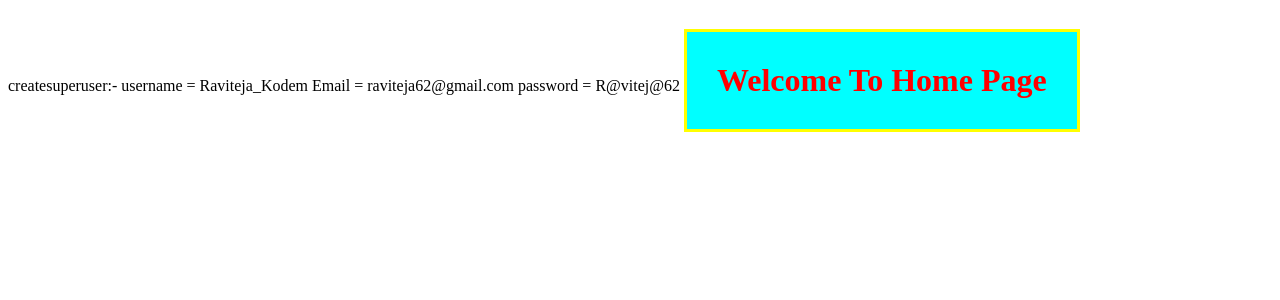
Repository: Raviteja6671/Django
Page: http://localhost/home/
An editor plug-in stored every save of this project. The page is shown before and after a run of saves, followed by the edit.
The browser window is 1280 px wide. The pictures show the whole page.
The page is served by the project's application, run on Django 5.2 (myProject/manage.py). Other server files are loaded and not shown.

Above is the page before, as saved 2025-12-07 19:52:45.

### myProject/basic/templates/home.html
<!DOCTYPE html>
<html lang="en">
<head>
    <meta charset="UTF-8">
    <meta name="viewport" content="width=device-width, initial-scale=1.0">
    <title>Document</title>
    <style>
        h1{
            background-color: aqua;
            color: red;
            border: 3px solid yellow;
            display: inline-block;
            padding: 30px;
        }
    </style>
    createsuperuser:-
    username = Raviteja_Kodem
    Email = raviteja62@gmail.com
    password = R@vitej@62
</head>
<body>
    <h1>Welcome To Home Page</h1>
</body>
</html>

### myProject/basic/middleware.py
from django.http import JsonResponse
import re
import json
import jwt
from django.conf import settings

class BasicMiddleware:
    def __init__(self,get_response):
        self.get_response = get_response

    def __call__(self,request):
        print(request,"hello")
        if(request.path=="/student/"):
            print(request.method,"method")
            print(request.path)
        response=self.get_response(request)
        return response

# class signupMiddleware:
#     def __init__(self,get_response):
#         self.get_response = get_response
#     def __call__(self, request):
#         data = json.loads(request.body)
#         username=data.get('username')
#         email=data.get("email")
#         dob=data.get("dob")
#         password=data.get("pswd")


class basicMiddleware:
    def __init__(self, get_response):
        self.get_response = get_response
        # Define the list of specific URLs to monitor
        self.target_urls = [
            "/add_stu/",
            "/students/",
            "/student/",
            "/health/",
        ]

    def __call__(self, request):
        path = request.path
        print(f"Incoming request → {path}")

        if path in self.target_urls or path.startswith("/student/"):
            print("Middleware is Active for this URL")
            print(f"Method Used → {request.method}")
            print(f"Full Path → {path}")

            # Exp1 Block POST requests for testing
            if path == "/add_stu/" and request.method == "POST":
                print("⚠️ POST request detected on /add_stu/")

            # Exp2 Print user-agent header
            user_agent = request.META.get("HTTP_USER_AGENT", "Unknown")
            print(f"User-Agent: {user_agent}")

        response = self.get_response(request)

        #Exp3 Post-response actions
        if path.startswith("/students/"):
            print("Response successfully returned for student_related URL")

        return response


# 17/11/2025 class task

class SscMiddleware:
    def __init__(self, get_response):
        self.get_response = get_response
    def __call__(self, request):
        if request.path in ["/job1/", "/job2/"]:
            ssc_result = request.GET.get("ssc", "False")
            if ssc_result != "True":
                return JsonResponse({"error": "you should qualify atleast SSC for applying this job"},status=400)
        return self.get_response(request)


class MedicalMiddleware:
    def __init__(self, get_response):
        self.get_response = get_response
    def __call__(self, request):
        if request.path == "/job1/":
            medical_fit_result = request.GET.get("medically_fit", "False")
            if medical_fit_result != "True":
                return JsonResponse(
                    {"error": "your not Medically fit to apply for this job role"},
                    status=400)
        return self.get_response(request)


class AgeMiddleware:
    def __init__(self, get_response):
        self.get_response = get_response
    def __call__(self, request):
        if request.path in ["/job1/", "/job2/"]:
            age = int(request.GET.get("age", 17))
            if age < 18 or age > 25:
                return JsonResponse(
                    {"error": "age must be in between 18 too 25"},
                    status=400)
        return self.get_response(request)





#18/11/2025 class task


class UsernameMiddleware:
    def __init__(self, get_response):
        self.get_response = get_response

    def __call__(self, request):
        if request.path == "/signup/" and request.method == "POST":
            # Read JSON only once
            if not hasattr(request, "json_data"):
                try:
                    request.json_data = json.loads(request.body)
                except:
                    return JsonResponse({"error": "Invalid JSON"}, status=400)
            data = request.json_data
            username = data.get("username", "")
            if not username:
                return JsonResponse({"error": "Username is Required"}, status=400)
            if len(username) < 3 or len(username) > 20:
                return JsonResponse({"error": "Username must be 3 to 20 characters"}, status=400)
            if username[0] in "._" or username[-1] in "._":
                return JsonResponse({"error": "Username cannot start or end with . or _"}, status=400)
            if not re.match(r"^[a-zA-Z0-9._]+$", username):
                return JsonResponse({"error": "Username can contain letters, numbers, . and _ only"}, status=400)
            if ".." in username or "__" in username:
                return JsonResponse({"error": "Username cannot have double dots or double underscores"}, status=400)
        return self.get_response(request)


class EmailMiddleware:
    def __init__(self, get_response):
        self.get_response = get_response

    def __call__(self, request):
        if request.path == "/signup/" and request.method == "POST":
            if not hasattr(request, "json_data"):
                try:
                    request.json_data = json.loads(request.body)
                except:
                    return JsonResponse({"error": "Invalid JSON"}, status=400)
            data = request.json_data
            email = data.get("email", "")
            email_regex = r"^[a-zA-Z0-9._%+-]+@[a-zA-Z0-9.-]+\.[a-zA-Z]{2,}$"
            if not email:
                return JsonResponse({"error": "Email is required"}, status=400)
            if not re.match(email_regex, email):
                return JsonResponse({"error": "Invalid Email format"}, status=400)
        return self.get_response(request)


class PasswordMiddleware:
    def __init__(self, get_response):
        self.get_response = get_response

    def __call__(self, request):
        if request.path == "/signup/" and request.method == "POST":
            if not hasattr(request, "json_data"):
                try:
                    request.json_data = json.loads(request.body)
                except:
                    return JsonResponse({"error": "Invalid JSON"}, status=400)
            data = request.json_data
            password = data.get("password", "")
            password_regex = r"^(?=.*[a-z])(?=.*[A-Z])(?=.*\d)(?=.*[@$!%*#?&._])[A-Za-z\d@$!%*#?&._]{8,}$"
            if not password:
                return JsonResponse({"error": "Password is required"}, status=400)
            if not re.match(password_regex, password):
                return JsonResponse({
                    "error": "Password must contain 8+ characters, uppercase, lowercase, digit, special char"
                }, status=400)
        return self.get_response(request)


class authenticate_middleware():
    def __init__(self,get_response):
        self.get_response  = get_response
    def __call__(self, request):
        if request.path=="/getallusers/":
            token=request.headers.get("Authorization")
            print(token,"token") # prints the bearer <token>
            if not token:
                return JsonResponse({"error":"Authorization token Missing"},status=400)
            token_value=token.split(" ")[1]
            print(token_value,"token_value") # prints ['bearer','<token>']
            try:
                decode_data = jwt.decode(token_value, settings.SECRET_KEY, algorithms=["HS256"])
                print(decode_data,"decoded_data")
                request.token_data = decode_data
            except jwt.ExpiredSignatureError:
                return JsonResponse({"Error":"Token has expired, Please login again"},status=401)
            except jwt.exceptions.InvalidSignatureError:
                return JsonResponse({"error":"invalid token signature"},status=401)

        return self.get_response(request)

### myProject/basic/views.py
from django.shortcuts import render
import json
from django.http import HttpResponse
from django.http import JsonResponse
from django.db import connection
from django.views.decorators.csrf import csrf_exempt
from basic.models import student
from basic.models import Users
from django.conf import settings
import jwt
from datetime import datetime,timedelta
from zoneinfo import ZoneInfo
from django.contrib.auth.hashers import make_password,check_password

# Create your views here.

def sample(request):
    return HttpResponse('hello world')

def sample1(request):
    return HttpResponse('WelCome to Django')

def sampleInfo(request):
    data={"name":"raviteja","age":"22","city":"hyd"}
    # data=[4,6,8]
    return JsonResponse(data)

def dynamicResponse(request):
    name=request.GET.get("name"," Raviteja")
    city=request.GET.get("city","Hyderabad")
    return HttpResponse(f"Hello {name} From {city} !")

def add(request):
    a = int(request.GET.get('a', 8))
    b = int(request.GET.get('b', 9))
    return HttpResponse(f"Addition: {a + b}")

def sub(request):
    a = int(request.GET.get('a', 12))
    b = int(request.GET.get('b', 5))
    return HttpResponse(f"Subtraction: {a - b}")

def mul(request):
    a = int(request.GET.get('a', 18))
    b = int(request.GET.get('b', 4))
    return HttpResponse(f"Multiplication: {a * b}")

def div(request):
    a = int(request.GET.get('a', 8))
    b = int(request.GET.get('b', 6))  # Avoid division by zero default
    try:
        result = a / b
    except ZeroDivisionError:
        return HttpResponse("Error: Division by zero")
    return HttpResponse(f"Division: {result}")

# Health check endpoint
def health(request):
    try:
        with connection.cursor() as c:
            c.execute("SELECT 1")
        return JsonResponse({"status": "ok", "db": "connected"})
    except Exception as e:
        return JsonResponse({"status": "error", "db": str(e)})



# POST - Create new student
@csrf_exempt
def add_student(request):
    print(request.method)
    if request.method == "POST":
        data = json.loads(request.body)
        email = data.get("email")
        # Check if email already exists
        if student.objects.filter(email=email).exists():
            return JsonResponse({"error": "Email already exists"}, status=400)
        # Create new student
        stu = student.objects.create(
            name=data.get("name"),
            age=data.get("age"),
            email=email
        )
        return JsonResponse({"status": "success", "id": stu.id}, status=201)

# GET - Retrieve all students
    elif request.method == "GET":
        result = list(student.objects.values())
        return JsonResponse({"status": "success", "data": result}, status=200)

# DELETE - Delete student by ID
    elif request.method == "DELETE":
        data = json.loads(request.body)
        ref_id = data.get("id")
        try:
            deleting_data = student.objects.filter(id=ref_id).values().first()
            if not deleting_data:
                return JsonResponse({"error": "Student not found"}, status=404)
            student.objects.get(id=ref_id).delete()
            return JsonResponse({
                "status": "deleted",
                "deleted_data": deleting_data
            }, status=200)
        except student.DoesNotExist:
            return JsonResponse({"error": "Student not found"}, status=404)

# PUT - Full update (update all fields)
    elif request.method == "PUT":
        data = json.loads(request.body)
        ref_id = data.get("id")
        try:
            stu = student.objects.get(id=ref_id)
        except student.DoesNotExist:
            return JsonResponse({'error': "Student not found"}, status=404)
        # Check if new email already exists
        new_email = data.get("email")
        if student.objects.filter(email=new_email).exclude(id=ref_id).exists():
            return JsonResponse({"error": "Email already exists"}, status=400)
        stu.name = data.get("name", stu.name)
        stu.age = data.get("age", stu.age)
        stu.email = data.get("email", stu.email)
        stu.save()
        updated_data = student.objects.filter(id=ref_id).values().first()
        return JsonResponse({"status": "full update success", "updated_data": updated_data}, status=200)

# PATCH - Partial update (only update specific fields)
    elif request.method == "PATCH":
        data = json.loads(request.body)
        ref_id = data.get("id")
        try:
            stu = student.objects.get(id=ref_id)
        except student.DoesNotExist:
            return JsonResponse({'error': "Student not found"}, status=404)
        # Update only fields provided in the request
        if "name" in data:
            stu.name = data["name"]
        if "age" in data:
            stu.age = data["age"]
        if "email" in data:
            new_email = data["email"]
            # Check if email already exists
            if student.objects.filter(email=new_email).exclude(id=ref_id).exists():
                return JsonResponse({"error": "Email already exists"}, status=400)
            stu.email = new_email
        stu.save()
        updated_data = student.objects.filter(id=ref_id).values().first()
        return JsonResponse({"status": "partial update success", "updated_data": updated_data}, status=200)

    return JsonResponse({'error': "Unsupported method"}, status=405)



# 11/11/2025 task operations

def get_all_students(request):
    students = student.objects.all()
    data = list(students.values())
    return JsonResponse(data, safe=False)

def get_student_by_id(request, id):
    try:
        s = student.objects.get(id=id)
        data = {'id': s.id, 'name': s.name, 'age': s.age, 'email': s.email}
        return JsonResponse(data)
    except student.DoesNotExist:
        return JsonResponse({'error': 'Student not found'}, status=404)

def filter_students_age_gte_20(request):
    students = student.objects.filter(age__gte=20)
    data = list(students.values())
    return JsonResponse(data, safe=False)

def filter_students_age_lte_25(request):
    students = student.objects.filter(age__lte=25)
    data = list(students.values())
    return JsonResponse(data, safe=False)

def get_unique_ages(request):
    ages = student.objects.values_list('age', flat=True).distinct()
    return JsonResponse(list(ages), safe=False)

def count_total_students(request):
    total = student.objects.count()
    return JsonResponse({'total_students': total})


def job1(request):
    return JsonResponse({"message":"You have successfully applied for job1"},status=200)

def job2(request):
    return JsonResponse({"Message":"you have successfully applied for job2"},status=200)



# 18/11/2025 class

@csrf_exempt               #POST OPERATION
def signUp(request):
    if request.method == "POST":
        data = request.json_data   # <-- use this

        username = data.get("username")
        email = data.get("email")
        password =make_password(data.get("password"))

        if not username or not email or not password:
            return JsonResponse({"Message": "All fields are required"}, status=400)

        user = Users.objects.create(
            username=username,
            email=email,
            password=password
        )

        return JsonResponse({"Message": "User Registered", "id": user.id}, status=200)

    return JsonResponse({"Message": "Invalid Request Method"}, status=405)


@csrf_exempt                              # GET OPERATION
def getUsers(request):
    if request.method == "GET":
        users = Users.objects.all()

        data = []
        for user in users:
            data.append({
                "id": user.id,
                "username": user.username,
                "email": user.email,
                "password": user.password   # If you want to hide password, tell me
            })

        return JsonResponse({"users": data}, status=200)

    return JsonResponse({"Message": "Invalid Request Method"}, status=405)



@csrf_exempt                            # DELETE OPERATION
def deleteUser(request, id):
    if request.method == "DELETE":
        try:
            user = Users.objects.get(id=id)
            user.delete()
            return JsonResponse({"Message": "User Deleted Successfully", "id": id}, status=200)
        except Users.DoesNotExist:
            return JsonResponse({"Message": "User Not Found"}, status=404)

    return JsonResponse({"Message": "Invalid Request Method"}, status=405)


# @csrf_exempt
# def login(request):
#     if request.method=="POST":
#         data=request.POST
#         print(data)
#         username=data.get('username')
#         password=data.get("password")
#         try:
#             user=Users.objects.get(username=username)
#             if check_password(password,user.password):
#                 token="a json web token"

#                 return JsonResponse({"status":"successfully Loggedin","token":token},status=200)
#             else:
#                 return JsonResponse({"status":"failure","message":"invalid password"},status=400)
#         except Users.DoesNotExist:
#             return JsonResponse({"status":"failure","message":"user not found"},status=400)

@csrf_exempt
def login(request):
    if request.method == "POST":
        data = request.POST
        username = data.get("username")
        password = data.get("password")

        try:
            user = Users.objects.get(username=username)
            issued_time=datetime.now(ZoneInfo("Asia/Kolkata"))
            expired_time=issued_time+timedelta(minutes=50)
            if password == user.password:
                # token="a json web token"
                payload = {
                    "username": user.username,
                    "email": user.email,
                    "id": user.id,
                    "exp":expired_time
                }
                #creating jwt token
                token = jwt.encode(payload, settings.SECRET_KEY, algorithm="HS256")
                return JsonResponse({"status": "successfully Loggedin", "token": token,"issued_at":issued_time,"Token_expired_at":expired_time,"Token_expires_in-Minitues_is":int((expired_time-issued_time).total_seconds()/60)}, status=200)
            else:
                return JsonResponse({"status": "failure", "message": "invalid password"}, status=400)
        except Users.DoesNotExist:
            return JsonResponse({"status": "failure", "message": "user not found"}, status=400)



@csrf_exempt
def check(request):
    hashed="pbkdf2_sha256$1000000$oWRnje0wvfd1GDEWVxl1cH$ISOcbGnboV91VHZ9hLKmh+kOIwxLHACntmEfaRKMd+4="
    ipdata=request.POST
    print(ipdata)
    #hashed=make_password(ipdata.get('ip'))
    x=check_password(ipdata.get("ip"),hashed)
    print(x)
    return JsonResponse({"status":"success","data":x},status=200)


@csrf_exempt
def getAllUsers(request):
    if request.method == "GET":
        users = list(Users.objects.values())
        print(request.token_data, "token_data in view")
        print(request.token_data.get("username"), "username from token")
        print(users, "users list")
        token_username = request.token_data.get("username")
        usernames = [u["username"] for u in users]
        if token_username not in usernames:
            return JsonResponse({"error": "unauthorized access"}, status=401)
        return JsonResponse({"status": "success", "data": users}, status=200)

    return JsonResponse({"status": "failed", "message": "Only GET method allowed"}, status=400)


def home(request):
    return render(request,'home.html')

def aboutus(request):
    return render(request,'aboutus.html')

### myProject/myProject/urls.py
"""
URL configuration for myProject project.

The `urlpatterns` list routes URLs to views. For more information please see:
    https://docs.djangoproject.com/en/5.1/topics/http/urls/
Examples:
Function views
    1. Add an import:  from my_app import views
    2. Add a URL to urlpatterns:  path('', views.home, name='home')
Class-based views
    1. Add an import:  from other_app.views import Home
    2. Add a URL to urlpatterns:  path('', Home.as_view(), name='home')
Including another URLconf
    1. Import the include() function: from django.urls import include, path
    2. Add a URL to urlpatterns:  path('blog/', include('blog.urls'))
"""
from django.contrib import admin
from django.urls import path
from basic.views import sample
from basic.views import sample1
from basic.views import sampleInfo
from basic.views import dynamicResponse
from basic.views import add, sub, mul, div, health, add_student, check, login, getAllUsers, home, aboutus
from basic.views import get_all_students, get_student_by_id, filter_students_age_gte_20,  filter_students_age_lte_25, get_unique_ages, count_total_students
from basic.views import job1,job2,signUp
from basic import views

urlpatterns = [
    path('admin/', admin.site.urls),
    path('greet/',sample),
    path('53r54r/',sample1),
    path('info/',sampleInfo),
    path('name/',dynamicResponse),
    path('add/', add),
    path('sub/', sub),
    path('mul/', mul),
    path('div/', div),
    path('health/',health),
    path('add_stu/',add_student),
    path('job1/',job1),
    path('job2/',job2),
    path('check/',check),
    path('login/',login),
    path('getallusers/',getAllUsers),
    path("signup/", views.signUp),
    path("get-users/", views.getUsers),
    path("delete-user/<int:id>/", views.deleteUser),
    path('home/',home),
    path('aboutus/',aboutus),


    path('students/', get_all_students, name='get_all_students'),
    path('student/<int:id>/', get_student_by_id, name='get_student_by_id'),
    path('students/age_gte_20/', filter_students_age_gte_20, name='filter_students_age_gte_20'),
    path('students/age_lte_25/', filter_students_age_lte_25, name='filter_students_age_lte_25'),
    path('students/unique_ages/', get_unique_ages, name='get_unique_ages'),
    path('students/count/', count_total_students, name='count_total_students'),
]

After the next 3 saves:
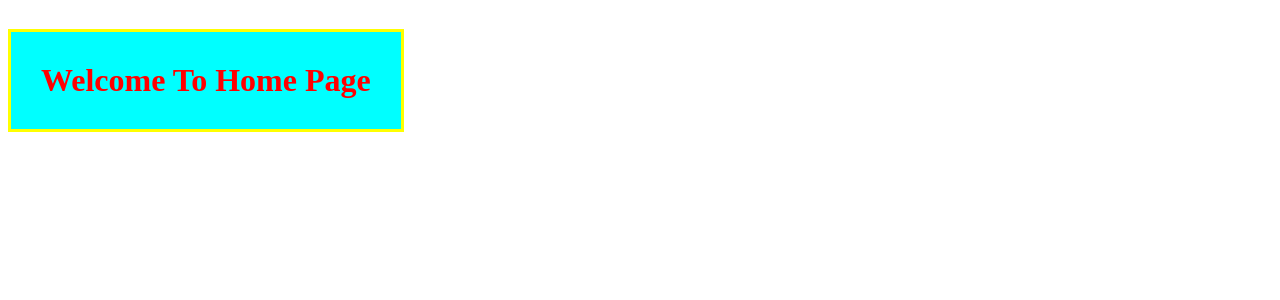
The 3 saves are shown as one change because they came seconds apart.
The last was saved 9 s later.
--- a/myProject/basic/templates/home.html
+++ b/myProject/basic/templates/home.html
@@ -13,10 +13,12 @@
             padding: 30px;
         }
     </style>
-    createsuperuser:-
+
+    <!-- createsuperuser:-
     username = Raviteja_Kodem
     Email = raviteja62@gmail.com
-    password = R@vitej@62
+    password = R@vitej@62 -->
+
 </head>
 <body>
     <h1>Welcome To Home Page</h1>
